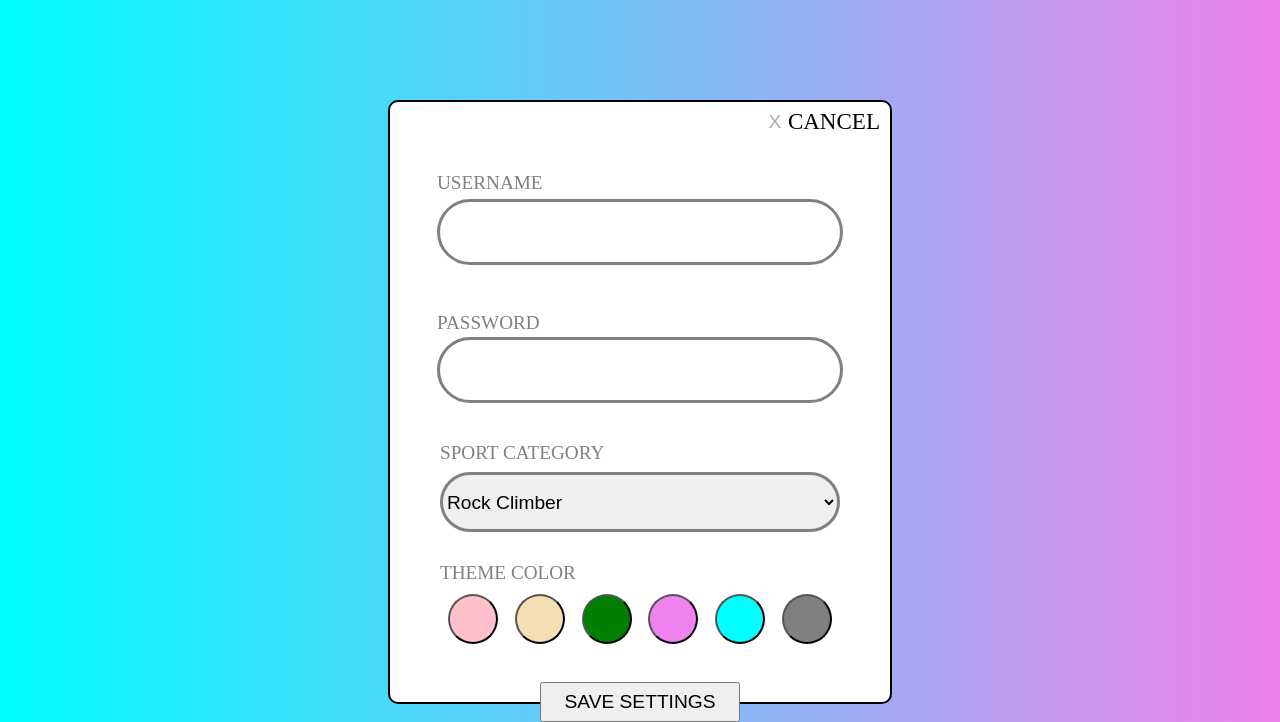
Repository: zRush1202/LoginPage-demo
Page: dom/exercise/login.html
The author's editor kept a copy of each file at every save. The page is drawn from the files as they stood at one save, then again after the next save.
The browser window is 1280 px wide. The pictures show the whole page.

Above is the page before, as saved 2023-09-17 10:10:10.

After the next save:
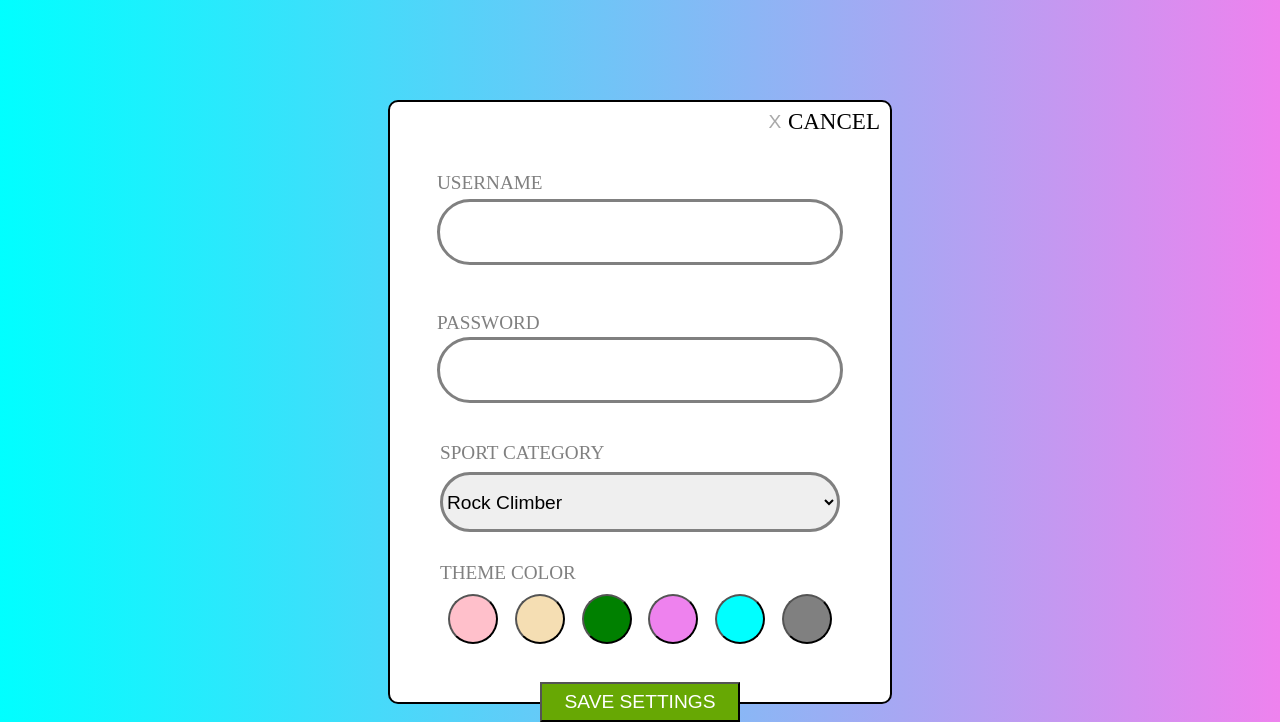
Saved 50 s later.
--- a/dom/exercise/login.css
+++ b/dom/exercise/login.css
@@ -143,4 +143,6 @@ body {
     height: 40px;
     width: 200px;
     font-size: 120%;
+    background-color: rgb(103, 168, 4);
+    color: white;
 }
